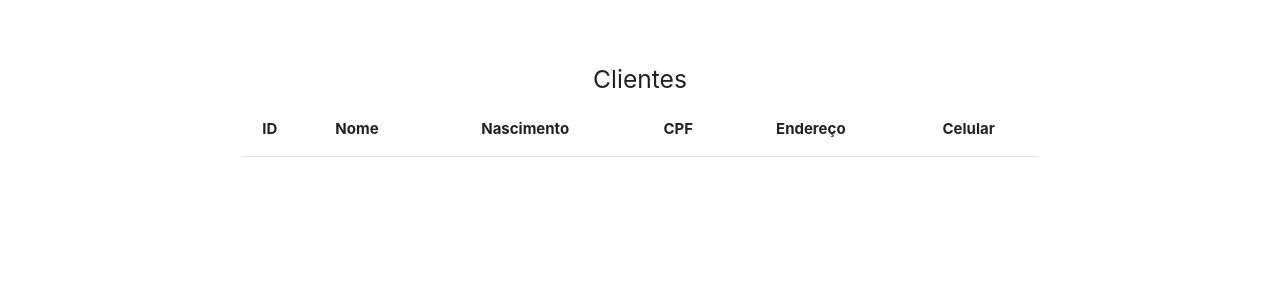
Repository: luizasilveira/TechWeb
Page: http://localhost/techWebP1/lista.jsp
These files come from the project's save history. The page is drawn as it stood at one moment and after the next save; the edit follows.
The browser window is 1280 px wide. The pictures show the whole page.
The page is served by Tomcat 9. Queries for data that is not in the repository find no rows.

Above is the page before, as saved 2019-09-09 19:32:36.

After the next save:
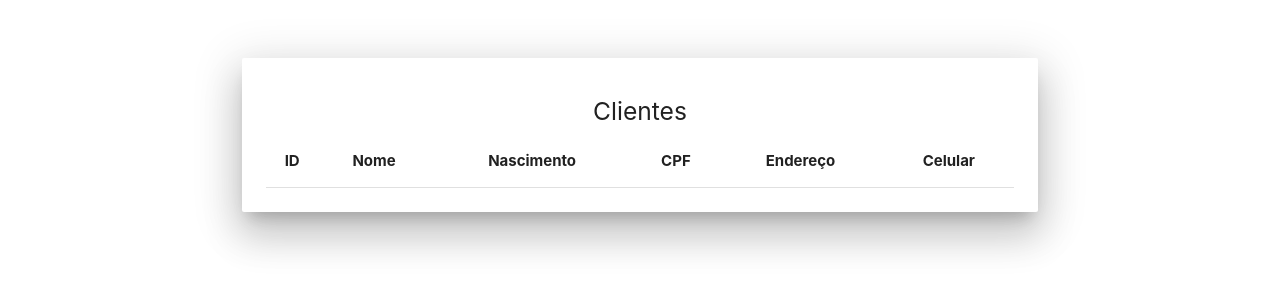
Saved 48 s later.
--- a/Projeto1/techWebP1/WebContent/lista.jsp
+++ b/Projeto1/techWebP1/WebContent/lista.jsp
@@ -24,7 +24,7 @@ body {
 
 </head>
 <body>
-	<div class="">
+	<div class="card-panel z-depth-5">
 		<h5 class="center">Clientes</h5>
 		<%@ page import="java.util.*,techWebP1.*"%>
 		<table class="centered">
